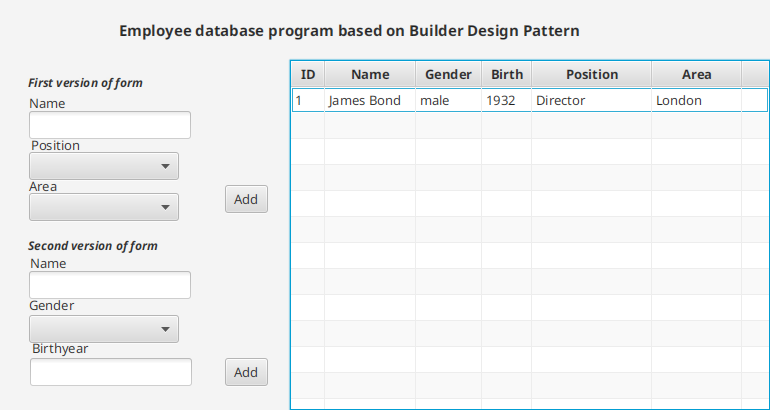
Repository: DanielCsonka987/JavaPrograms_programPatterns
Program's window: java OOP_ProgPat_Builder/src/application/Main.java
An editor plug-in stored every save of this project. The program's window is shown before and after the next save, followed by the edit.
It runs on Java 21 on a 1366 x 768 screen with JavaFX 11; the title bar is not drawn.

Above is the program's window before, as saved 2019-10-21 13:16:11.

### OOP_ProgPat_Builder/src/application/Main.java
package application;

import javafx.application.Application;
import javafx.stage.Stage;
import javafx.scene.Scene;
import javafx.scene.layout.BorderPane;
import javafx.fxml.FXMLLoader;


public class Main extends Application {
	@Override
	public void start(Stage primaryStage) {
		try {
			BorderPane root = (BorderPane)FXMLLoader.load(getClass().getResource("MainWindow.fxml"));
			Scene scene = new Scene(root,770,410);
			scene.getStylesheets().add(getClass().getResource("application.css").toExternalForm());
			primaryStage.setScene(scene);
			primaryStage.show();
		} catch(Exception e) {
			e.printStackTrace();
		}
	}

	public static void main(String[] args) {
		launch(args);
	}
}

### OOP_ProgPat_Builder/src/application/MainWindowController.java
package application;

import java.net.URL;
import java.util.ResourceBundle;

import javafx.collections.FXCollections;
import javafx.collections.ObservableList;
import javafx.event.ActionEvent;
import javafx.fxml.FXML;
import javafx.fxml.Initializable;
import javafx.scene.control.Button;
import javafx.scene.control.ComboBox;
import javafx.scene.control.TableColumn;
import javafx.scene.control.TableView;
import javafx.scene.control.TextField;

public class MainWindowController implements Initializable {
	@FXML
	private TableView<Employee> tableEmployee;

	@FXML
	private TableColumn<Employee, Number> ids;
	@FXML
	private TableColumn<Employee, String> names;
	@FXML
	private TableColumn<Employee, String> genders;
	@FXML
	private TableColumn<Employee, Number> birthYears;
	@FXML
	private TableColumn<Employee, String> positions;
	@FXML
	private TableColumn<Employee, String> areas;

	@FXML
	private TextField txtFieldName1;

	@FXML
	private Button btnAddOne;

	@FXML
	private Button btnAddTwo;

	@FXML
	private ComboBox<String> cmbbxPosit;

	@FXML
	private ComboBox<String> cmbbxArea;

	@FXML
	private TextField txtFieldName2;

	@FXML
	private ComboBox<String> cmbbxGender;

	@FXML
	private TextField txtFieldBirth;

	private ObservableList<Employee> list;
	private Integer counter = 1;
	private Integer birthDate;

	@Override
	public void initialize(URL location, ResourceBundle resources) {
		list = FXCollections.observableArrayList();

		loadInTestData();
		adjustTableView();
		refreshTableViewContentAndFields();
	}

	private void adjustTableView() {

		ids = new TableColumn<Employee, Number>("ID");
		ids.setCellValueFactory(c -> c.getValue().getIdProp());
		names = new TableColumn<Employee, String>("Name");
		names.setPrefWidth(80);
		names.setCellValueFactory(c -> c.getValue().getNameProp());
		genders = new TableColumn<Employee, String>("Gender");
		genders.setCellValueFactory(c -> c.getValue().getGenderProp());
		birthYears = new TableColumn<Employee, Number>("Birth");
		birthYears.setCellValueFactory(c -> c.getValue().getBirthYearProp());
		positions = new TableColumn<Employee, String>("Position");
		positions.setPrefWidth(120);
		positions.setCellValueFactory(c -> c.getValue().getPositionProp());
		areas = new TableColumn<Employee, String>("Area");
		areas.setPrefWidth(90);
		areas.setCellValueFactory(c -> c.getValue().getAreaProp());

		tableEmployee.getColumns().addAll(ids, names, genders, birthYears, positions, areas);

	}

	private void loadInTestData() {
		list.add(new Employee(counter, "James Bond", "male", 1932, "Director", "London"));
		counter++;
	}


	private void refreshTableViewContentAndFields() {
		tableEmployee.setItems(list);

		txtFieldName1.setText("");
		cmbbxPosit.getSelectionModel().clearSelection();
		cmbbxArea.getSelectionModel().clearSelection();

		txtFieldName2.setText("");
		cmbbxGender.getSelectionModel().clearSelection();
		txtFieldBirth.setText("");
	}


	@FXML
	void saveFirstFormContent(ActionEvent event) {
		if(reviseFormOneFilled()){
			Employee emp = new EmployeeBuilder(counter, txtFieldName1.getText())
					.setArea(cmbbxArea.getSelectionModel().getSelectedItem())
					.setPosition(cmbbxPosit.getSelectionModel().getSelectedItem())
					.finishBuild();
			list.add(emp);
			counter++;
			refreshTableViewContentAndFields();
		}
	}

	private boolean reviseFormOneFilled() {
		if(txtFieldName1.getText().isEmpty())
			return false;
		if(cmbbxPosit.getSelectionModel().isEmpty())
			return false;
		if(cmbbxArea.getSelectionModel().isEmpty())
			return false;
		return true;
	}

	@FXML
	void saveSecondFromContent(ActionEvent event) {
		if(reviseFormTwoFilled()){
			Employee emp = new EmployeeBuilder(counter, txtFieldName2.getText())
					.setGender(cmbbxGender.getSelectionModel().getSelectedItem())
					.setBirthYear(birthDate)
					.finishBuild();
			list.add(emp);
			counter++;
			refreshTableViewContentAndFields();
		}

	}

	private boolean reviseFormTwoFilled() {
		if(txtFieldName2.getText().isEmpty())
			return false;
		if(cmbbxGender.getSelectionModel().isEmpty())
			return false;
		if(txtFieldBirth.getText().isEmpty())
			return false;
		try{
			birthDate = Integer.parseInt(txtFieldBirth.getText());
		}catch(Exception e)
		{
			e.getStackTrace();
		}
		return true;
	}

}

### OOP_ProgPat_Builder/src/application/Employee.java
package application;

import javafx.beans.property.SimpleIntegerProperty;
import javafx.beans.property.SimpleStringProperty;


public class Employee {
	private SimpleIntegerProperty id;
	private SimpleStringProperty name;
	private SimpleStringProperty gender;
	private SimpleIntegerProperty birthYear;
	private SimpleStringProperty position;
	private SimpleStringProperty area;
	public Employee(Integer id, String name, String gender, Integer birthYear, String position, String area) {
		super();
		this.id = new SimpleIntegerProperty();
		this.id.setValue(id);
		this.name = new SimpleStringProperty();
		this.name.set(name);
		this.gender = new SimpleStringProperty();
		this.gender.set(gender);
		this.birthYear = new SimpleIntegerProperty();
		this.birthYear.set(birthYear);
		this.position = new SimpleStringProperty();
		this.position.set(position);
		this.area = new SimpleStringProperty();
		this.area.set(area);
	}
	public SimpleIntegerProperty getIdProp() {
		return id;
	}
	public SimpleStringProperty getNameProp() {
		return name;
	}
	public SimpleStringProperty getGenderProp() {
		return gender;
	}
	public SimpleIntegerProperty getBirthYearProp() {
		return birthYear;
	}
	public SimpleStringProperty getPositionProp() {
		return position;
	}
	public SimpleStringProperty getAreaProp() {
		return area;
	}


}

### OOP_ProgPat_Builder/src/application/MainWindow.fxml
<?xml version="1.0" encoding="UTF-8"?>

<?import java.lang.String?>
<?import javafx.collections.FXCollections?>
<?import javafx.scene.control.Button?>
<?import javafx.scene.control.ComboBox?>
<?import javafx.scene.control.Label?>
<?import javafx.scene.control.TableView?>
<?import javafx.scene.control.TextField?>
<?import javafx.scene.layout.AnchorPane?>
<?import javafx.scene.layout.BorderPane?>
<?import javafx.scene.text.Font?>

<BorderPane xmlns="http://javafx.com/javafx/8.0.171" xmlns:fx="http://javafx.com/fxml/1" fx:controller="application.MainWindowController">
   <right>
      <TableView fx:id="tableEmployee" prefHeight="350.0" prefWidth="480.0" BorderPane.alignment="CENTER">
        <columns>

        </columns>
      </TableView>
   </right>
   <left>
      <AnchorPane prefHeight="350.0" prefWidth="290.0" BorderPane.alignment="CENTER">
         <children>
            <TextField fx:id="txtFieldName1" layoutX="29.0" layoutY="51.0" />
            <Button fx:id="btnAddOne" layoutX="225.0" layoutY="125.0" mnemonicParsing="false" onAction="#saveFirstFormContent" text="Add" />
            <Button fx:id="btnAddTwo" layoutX="225.0" layoutY="298.0" mnemonicParsing="false" onAction="#saveSecondFromContent" text="Add" />
            <ComboBox fx:id="cmbbxPosit" layoutX="29.0" layoutY="92.0" prefWidth="150.0">
            	<items>
            		<FXCollections fx:factory="observableArrayList">
            		    <String fx:value="Accountant" />
            			<String fx:value="Assistant" />
            			<String fx:value="Director" />
            			<String fx:value="HumanResource" />
            		</FXCollections>
            	</items>
            </ComboBox>
            <ComboBox fx:id="cmbbxArea" layoutX="29.0" layoutY="133.0" prefWidth="150.0">
            	<items>
            	    <FXCollections fx:factory="observableArrayList">
            		    <String fx:value="NewYork" />
            			<String fx:value="Berlin" />
            			<String fx:value="Prague" />
            			<String fx:value="London" />
            		</FXCollections>
            	</items>
            </ComboBox>
            <TextField fx:id="txtFieldName2" layoutX="29.0" layoutY="211.0" />
            <ComboBox fx:id="cmbbxGender" layoutX="29.0" layoutY="255.0" prefWidth="150.0">
                <items>
            	   <FXCollections fx:factory="observableArrayList">
            		    <String fx:value="Male" />
            			<String fx:value="Female" />
            		</FXCollections>
            	</items>
            </ComboBox>
            <TextField fx:id="txtFieldBirth" layoutX="30.0" layoutY="298.0" />
            <Label layoutX="30.0" layoutY="194.0" text="Name" />
            <Label layoutX="29.0" layoutY="236.0" text="Gender" />
            <Label layoutX="32.0" layoutY="279.0" text="Birthyear" />
            <Label layoutX="29.0" layoutY="34.0" text="Name" />
            <Label layoutX="31.0" layoutY="76.0" text="Position" />
            <Label layoutX="29.0" layoutY="117.0" text="Area" />
            <Label layoutX="28.0" layoutY="177.0" text="Second version of form">
               <font>
                  <Font name="System Bold Italic" size="12.0" />
               </font>
            </Label>
            <Label layoutX="28.0" layoutY="14.0" text="First version of form">
               <font>
                  <Font name="System Bold Italic" size="12.0" />
               </font>
            </Label>
         </children>
      </AnchorPane>
   </left>
   <top>
      <AnchorPane prefHeight="60.0" prefWidth="580.0" BorderPane.alignment="CENTER">
         <children>
            <Label layoutX="119.0" layoutY="20.0" text="Employee database program based on Builder Design Pattern">
               <font>
                  <Font name="System Bold" size="15.0" />
               </font>
            </Label>
         </children>
      </AnchorPane>
   </top>
</BorderPane>

Loaded but not shown: OOP_ProgPat_Builder/src/application/application.css (common file)

After the next save:
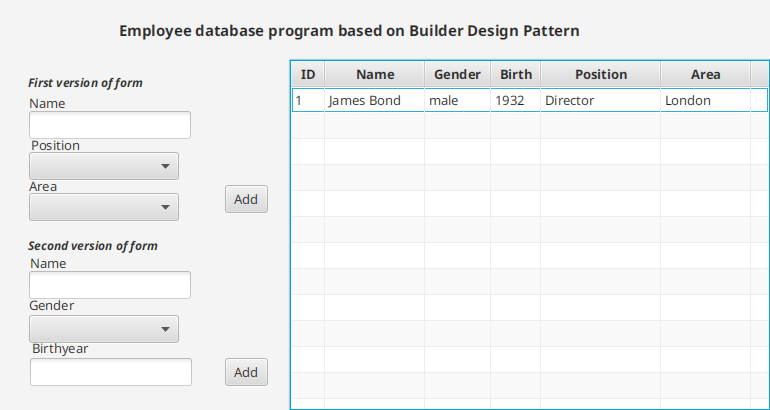
Saved 12 s later.
--- a/OOP_ProgPat_Builder/src/application/MainWindowController.java
+++ b/OOP_ProgPat_Builder/src/application/MainWindowController.java
@@ -73,7 +73,7 @@
 		ids = new TableColumn<Employee, Number>("ID");
 		ids.setCellValueFactory(c -> c.getValue().getIdProp());
 		names = new TableColumn<Employee, String>("Name");
-		names.setPrefWidth(80);
+		names.setPrefWidth(100);
 		names.setCellValueFactory(c -> c.getValue().getNameProp());
 		genders = new TableColumn<Employee, String>("Gender");
 		genders.setCellValueFactory(c -> c.getValue().getGenderProp());
